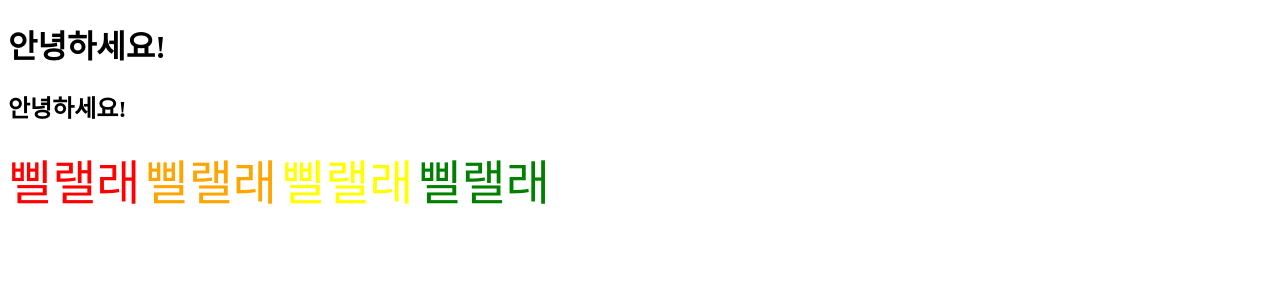
Repository: carminesteel/java
Page: 0403/ex03/WebContent/ex01.html
The author's editor kept a copy of each file at every save. The page is drawn from the files as they stood at one save, then again after the next save.
The browser window is 1280 px wide. The pictures show the whole page.

Above is the page before, as saved 2020-04-03 07:41:20.

### 0403/ex03/WebContent/ex01.html
<!DOCTYPE html>
<html>
<head>
<meta charset="EUC-KR">
<title>rorororrorororororroro</title>
</head>
<body>
	<h1>안녕하세요!</h1>
	<h2>안녕하세요!</h2>
	<font color="red" size=30>삘랠래</font>
	<font color="orange" size=30>삘랠래</font>
	<font color="yellow" size=30>삘랠래</font>
	<font color="green" size=30>삘랠래</font>
</body>
</html>

After the next save:
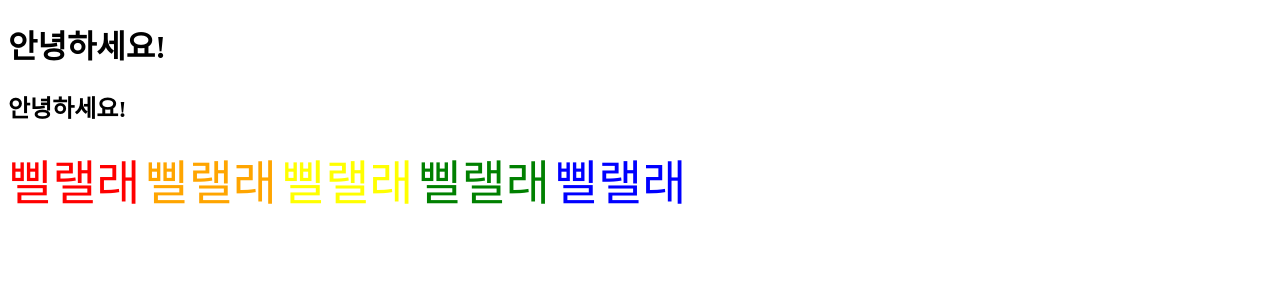
Saved 13 s later.
--- a/0403/ex03/WebContent/ex01.html
+++ b/0403/ex03/WebContent/ex01.html
@@ -11,5 +11,6 @@
 	<font color="orange" size=30>삘랠래</font>
 	<font color="yellow" size=30>삘랠래</font>
 	<font color="green" size=30>삘랠래</font>
+	<font color="blue" size=30>삘랠래</font>
 </body>
 </html>
